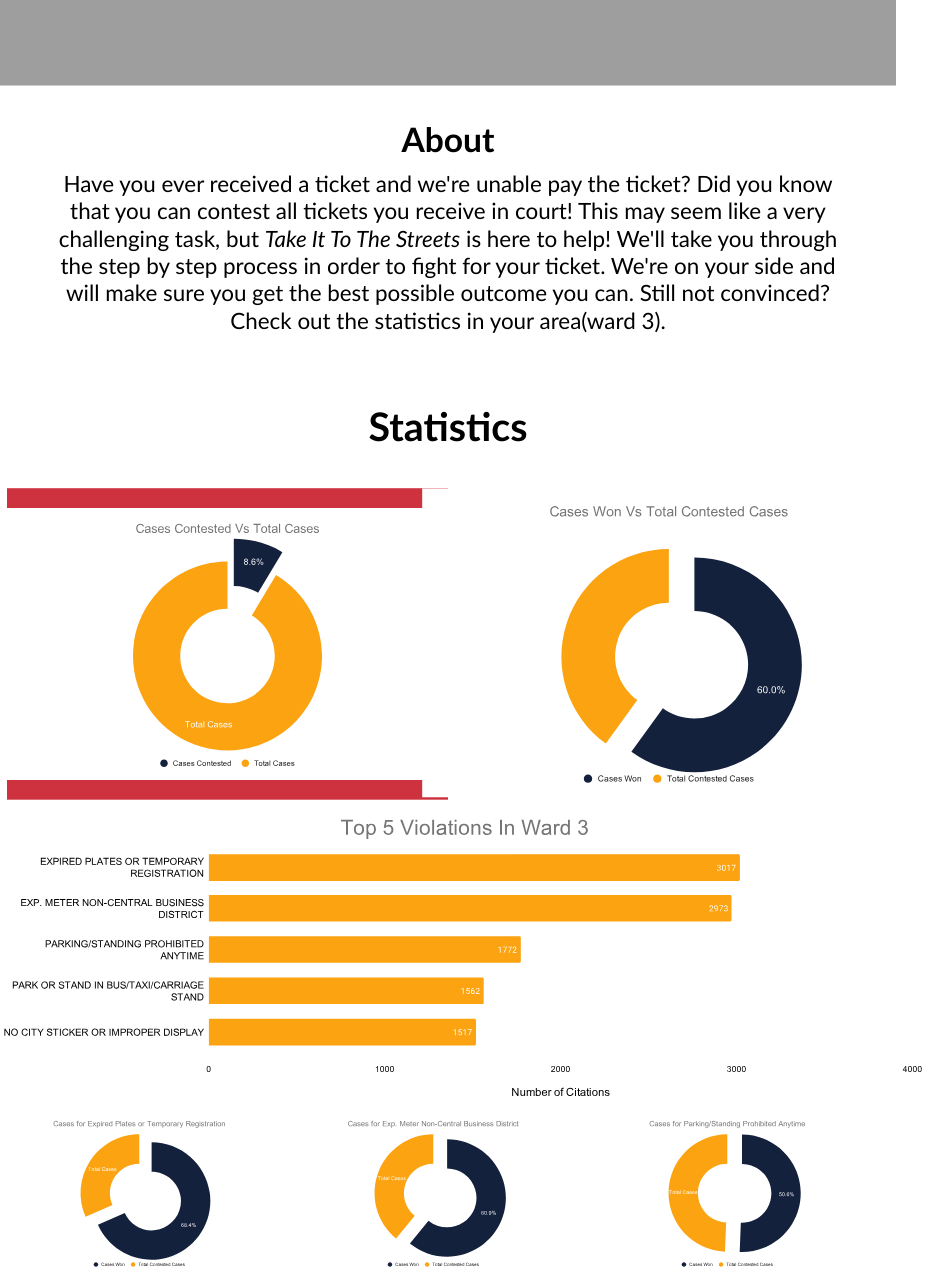
Repository: rdass1/COM421-FinalProject
Page: Website/index.html
These files come from the project's save history. The page is drawn as it stood at one moment and after the next save; the edit follows.
The browser window is 1280 px wide. The page is 1348 px wide, so the pictures cover 1348 px, including what lies to the right of the window. The pictures show the part of the page from y = 378 to 2218 px (the page is 2655 px tall), at 70% of full size.
Pictures or frames that could not be fetched are drawn as grey boxes.

Above is the page before, as saved 2021-05-12 05:15:59.
Console error: TypeError: Cannot read properties of undefined (reading 'style')

After the next save:
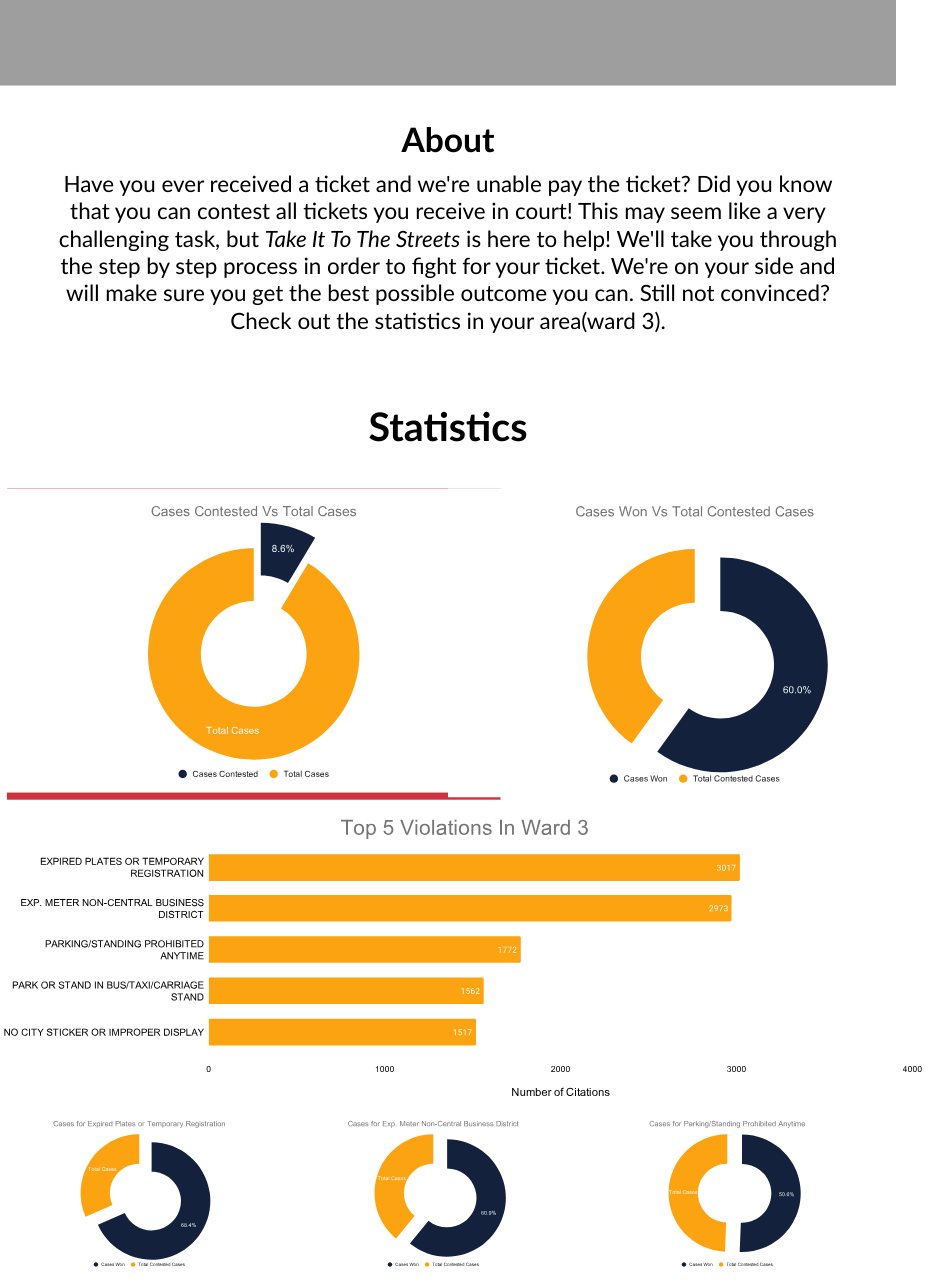
Saved 13 s later.
--- a/Website/css/index.css
+++ b/Website/css/index.css
@@ -140,10 +140,7 @@ html{
 
 }
 
-.statistics-container-item img{
-    width: 100%;
-    height: 100%;
-}
+
 
 #statistics-container-item-header{
     grid-column: 1 / span 2;
